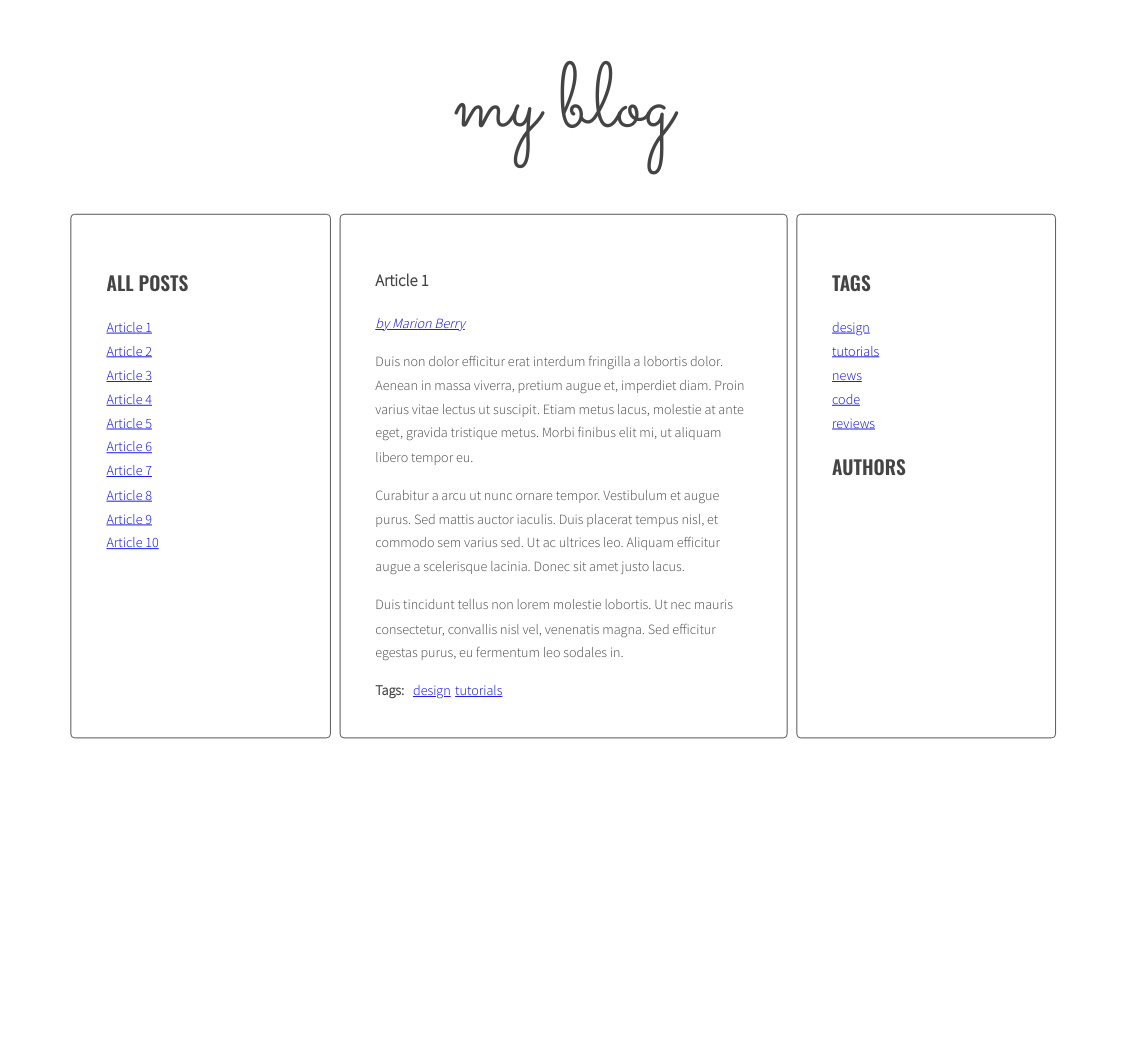
Repository: ulasup/javascript-blog
Page: index.html
An editor plug-in stored every save of this project. The page is shown before and after the next save, followed by the edit.
The browser window is 1280 px wide. The pictures show the whole page, at 88% of full size.
The style sheet was rebuilt from its Sass, Less or Tailwind sources for each picture, by a compiler version that may differ from the author's.

Above is the page before, as saved 2020-12-21 18:09:51.

### index.html
<!DOCTYPE html>
<html  lang="en">
    <head>
        <meta charset="UTF-8">
        <title>Film blog</title>
        <link rel="stylesheet" href="css/style.css">
    </head>
    <body>
        <div class="blog">
            <div class="container">
              <h1 class="logo">my blog</h1>
              <main class="wrapper">
                <aside class="sidebar">
                  <h2 class="section-title">All posts</h2>
                  <ul class="list titles">
                  </ul>
                </aside>
                <section class="posts">
                  <article class="post active" id="article-1" data-tags="design tutorials" data-author="Marion Berry">
                    <h3 class="post-title">Article 1</h3>
                    <p class="post-author"></p>
                    <div class="post-content">
                      <p>Duis non dolor efficitur erat interdum fringilla a lobortis dolor. Aenean in massa viverra, pretium augue et, imperdiet diam. Proin varius vitae lectus ut suscipit. Etiam metus lacus, molestie at ante eget, gravida tristique metus. Morbi finibus elit mi, ut aliquam libero tempor eu.</p>
                      <p>Curabitur a arcu ut nunc ornare tempor. Vestibulum et augue purus. Sed mattis auctor iaculis. Duis placerat tempus nisl, et commodo sem varius sed. Ut ac ultrices leo. Aliquam efficitur augue a scelerisque lacinia. Donec sit amet justo lacus.</p>
                      <p>Duis tincidunt tellus non lorem molestie lobortis. Ut nec mauris consectetur, convallis nisl vel, venenatis magna. Sed efficitur egestas purus, eu fermentum leo sodales in.</p>
                    </div>
                    <div class="post-tags">
                      <p><strong>Tags:</strong></p>
                      <ul class="list list-horizontal">
                      </ul>
                    </div>
                  </article>
                  <article class="post" id="article-2" data-tags="news code" data-author="Theo Tabby">
                    <h3 class="post-title">Article 2</h3>
                    <p class="post-author"></p>
                    <div class="post-content">
                      <p>Phasellus sollicitudin, arcu vel iaculis ullamcorper, quam leo viverra orci, et faucibus quam sapien vel est. Maecenas ac suscipit elit. Nullam interdum, lorem vitae venenatis pulvinar, ex dui malesuada nunc, tempus cursus enim metus vel nulla.</p>
                      <p>Integer hendrerit, eros id efficitur dapibus, ante arcu ullamcorper orci, a iaculis felis turpis at purus. Quisque sodales posuere sapien vel consectetur. Duis dui urna, commodo non ante nec, mattis dictum enim. Donec aliquam erat sed diam lobortis, vel gravida lacus laoreet. Phasellus pretium maximus mi, eu posuere justo suscipit vel.</p>
                      <p>Nam magna nisl, varius in malesuada vitae, facilisis vel metus. Proin rhoncus euismod leo dictum lobortis. Suspendisse non ante sapien.</p>
                    </div>
                    <div class="post-tags">
                      <p><strong>Tags:</strong></p>
                      <ul class="list list-horizontal">
                      </ul>
                    </div>
                  </article>
                  <article class="post" id="article-3" data-tags="news reviews design" data-author="George Tuxedo">
                    <h3 class="post-title">Article 3</h3>
                    <p class="post-author"></p>
                    <div class="post-content">
                      <p>Mauris vel pellentesque turpis, ac sodales nisl. Quisque iaculis mi velit, ut convallis tellus accumsan a. Quisque iaculis, nisi et dignissim tincidunt, nisl eros euismod nulla, finibus laoreet erat enim posuere elit.</p>
                      <p>Aenean at semper urna. Duis vel sapien molestie, egestas diam consequat, molestie nulla. Praesent a malesuada metus. Praesent et tempus leo.</p>
                      <p>Mauris in eleifend neque, vitae eleifend velit. Maecenas purus est, bibendum eget imperdiet id, dictum sed ante. Aenean a magna et eros sagittis aliquet.</p>
                    </div>
                    <div class="post-tags">
                      <p><strong>Tags:</strong></p>
                      <ul class="list list-horizontal">
                      </ul>
                    </div>
                  </article>
                  <article class="post" id="article-4" data-tags="tutorials code design" data-author="Kitty Toebean">
                    <h3 class="post-title">Article 4</h3>
                    <p class="post-author"></p>
                    <div class="post-content">
                      <p>Morbi vel cursus nulla, vel varius mauris. Suspendisse sed elit sit amet risus faucibus vestibulum ut sit amet purus. Donec orci est, condimentum ut quam quis, scelerisque fringilla ligula.</p>
                      <p>Quisque bibendum nisl id quam sagittis, id pretium dolor scelerisque. Suspendisse non odio nec velit dapibus placerat non a libero.</p>
                      <p>Vivamus at tristique ex, feugiat sagittis ex. Cras cursus, ipsum et efficitur commodo, urna sapien rutrum magna, quis sodales justo ligula eget nunc. In hac habitasse platea dictumst.</p>
                    </div>
                    <div class="post-tags">
                      <p><strong>Tags:</strong></p>
                      <ul class="list list-horizontal">
                      </ul>
                    </div>
                  </article>
                  <article class="post" id="article-5" data-tags="design reviews" data-author="Marion Berry">
                    <h3 class="post-title">Article 5</h3>
                    <p class="post-author"></p>
                    <div class="post-content">
                      <p>Suspendisse sem eros, euismod condimentum arcu ac, consequat fermentum orci. Nam convallis lacus nec interdum vestibulum. Vestibulum luctus, quam eu tristique ornare, lorem nibh sodales enim, vitae tempor dolor ante vitae tortor.</p>
                      <p>Duis venenatis metus quis luctus lobortis. In porttitor ipsum eget ligula aliquam ornare. Cras malesuada urna id volutpat sodales.</p>
                      <p>Donec lobortis ultricies turpis, eu viverra magna gravida quis. Fusce sit amet pretium nulla. Duis rutrum metus vel libero sodales, pellentesque varius ex pulvinar.</p>
                    </div>
                    <div class="post-tags">
                      <p><strong>Tags:</strong></p>
                      <ul class="list list-horizontal">
                      </ul>
                    </div>
                  </article>
                  <article class="post" id="article-6" data-tags="reviews code" data-author="George Tuxedo">
                    <h3 class="post-title">Article 6</h3>
                    <p class="post-author"></p>
                    <div class="post-content">
                      <p>Donec posuere iaculis ante sed hendrerit. Lorem ipsum dolor sit amet, consectetur adipiscing elit. Quisque hendrerit neque nec urna tincidunt, quis vehicula dui vulputate. Morbi est sapien, auctor ut lectus eu, placerat viverra lorem.</p>
                      <p>Cras consectetur at erat id accumsan. Suspendisse lacinia in nulla quis vulputate. Nunc vitae consectetur augue. Nam ut vehicula mi. Aliquam tristique, purus in hendrerit porta, elit lectus finibus mi, vel malesuada nisl lectus a libero.</p>
                      <p>Nam quis efficitur ante. Sed eget purus quis ex commodo porta eu sit amet dolor. Mauris tellus nisl, dictum nec est vitae, condimentum ornare ante. Fusce ornare hendrerit maximus. In maximus rhoncus justo.</p>
                    </div>
                    <div class="post-tags">
                      <p><strong>Tags:</strong></p>
                      <ul class="list list-horizontal">
                      </ul>
                    </div>
                  </article>
                  <article class="post" id="article-7" data-tags="code news" data-author="Kitty Toebean">
                    <h3 class="post-title">Article 7</h3>
                    <p class="post-author"></p>
                    <div class="post-content">
                      <p>Donec eleifend mauris ac nisl fermentum, ac fermentum turpis dignissim. Aliquam diam nisl, imperdiet a varius eget, lobortis sed nisi. Nullam suscipit ipsum sed magna blandit, sed pellentesque urna malesuada.</p>
                      <p>Duis vestibulum arcu et lectus viverra porta. Praesent tempor lacus eget quam mattis, sit amet venenatis diam ultrices. Morbi gravida sapien quis ligula tincidunt, vel sagittis erat ultrices.</p>
                      <p>Ut orci tellus, laoreet ac diam ut, tempus bibendum nisi. Nam egestas sagittis nibh. Curabitur tristique dui quis egestas pretium. Duis eu felis orci.</p>
                    </div>
                    <div class="post-tags">
                      <p><strong>Tags:</strong></p>
                      <ul class="list list-horizontal">
                      </ul>
                    </div>
                  </article>
                  <article class="post" id="article-8" data-tags="news design tutorials" data-author="Theo Tabby">
                    <h3 class="post-title">Article 8</h3>
                    <p class="post-author"></p>
                    <div class="post-content">
                      <p>Praesent quis imperdiet erat. Curabitur tempor sapien a interdum malesuada. Proin libero erat, sagittis a sollicitudin eget, pulvinar nec risus. Cras et suscipit sem.</p>
                      <p>Maecenas consequat diam nec sollicitudin congue. Aenean porttitor porttitor quam, condimentum interdum metus congue sed. Donec at nulla ipsum.</p>
                      <p>Mauris non congue dui. Aenean ac eros vitae massa vulputate aliquet ut ac elit. Morbi iaculis auctor nunc aliquet luctus. Nunc tincidunt sem dui, quis interdum leo pellentesque eget. Fusce id leo varius, imperdiet nunc vitae, tristique mi. Mauris quis interdum justo. Mauris auctor purus eu leo faucibus feugiat. Nulla at odio vitae leo semper blandit.</p>
                    </div>
                    <div class="post-tags">
                      <p><strong>Tags:</strong></p>
                      <ul class="list list-horizontal">
                      </ul>
                    </div>
                  </article>
                  <article class="post" id="article-9" data-tags="news tutorials" data-author="Marion Berry">
                    <h3 class="post-title">Article 9</h3>
                    <p class="post-author"></p>
                    <div class="post-content">
                      <p>Tam et facilisis purus. Donec vulputate est quis lobortis posuere. Nunc vitae lorem ut odio faucibus pulvinar nec in justo. Ut ut ante ac tellus ornare tempus. Nunc maximus, tortor et dictum convallis, nunc libero posuere leo, scelerisque ultrices arcu sapien ut tellus.</p>
                      <p>Fusce lacinia augue massa, non tincidunt tortor auctor quis. Vestibulum ut pretium nisl. Etiam id tellus tempus, commodo ligula vehicula, porta magna.</p>
                      <p>Donec fringilla blandit dolor vel aliquet. Fusce tortor sapien, lobortis eu vehicula sit amet, dignissim et lectus. In ullamcorper metus vel massa fermentum, at fermentum dui sollicitudin. Nullam lacinia elit vel tortor ullamcorper pulvinar.</p>
                    </div>
                    <div class="post-tags">
                      <p><strong>Tags:</strong></p>
                      <ul class="list list-horizontal">
                      </ul>
                    </div>
                  </article>
                  <article class="post" id="article-10" data-tags="code design news reviews" data-author="George Tuxedo">
                    <h3 class="post-title">Article 10</h3>
                    <p class="post-author"></p>
                    <div class="post-content">
                      <p>Aliquam erat volutpat. Ut non eleifend lectus. Donec suscipit tellus tempor, ornare dui id, hendrerit neque. Phasellus lacinia laoreet dui in luctus. Sed hendrerit, magna sit amet varius tempor, augue augue scelerisque est, non scelerisque mauris libero eu sapien.</p>
                      <p>Sed at sapien in quam sollicitudin aliquam. In interdum metus a mi porttitor luctus. Sed commodo, arcu id lacinia posuere, felis elit pharetra urna, at feugiat est orci sit amet libero. Quisque in nisl est. Nullam vehicula at lectus non luctus. Cras aliquam neque magna, at varius nisi egestas ut.</p>
                      <p>Rhoncus purus nulla, non auctor lacus placerat ut. Aliquam condimentum eget magna ac gravida. Etiam egestas faucibus urna et finibus. Cras vel tellus vel magna suscipit euismod. Maecenas id arcu ante. Duis iaculis scelerisque erat, at ullamcorper arcu consectetur eu. Fusce aliquam diam at arcu pharetra, vel fermentum nunc lobortis.</p>
                    </div>
                    <div class="post-tags">
                      <p><strong>Tags:</strong></p>
                      <ul class="list list-horizontal">
                      </ul>
                    </div>
                  </article>
                </section>
                <aside class="sidebar">
                  <h2 class="section-title">Tags</h2>
                  <ul class="list tags">
                  </ul>
                  <h2 class="section-title">Authors</h2>
                  <ul class="list authors">
                  </ul>
                </aside>
              </main>
            </div>
          </div>
    <script src="js/script.js"></script>
    </body>
</html>

### js/script.js
'use strict';

function titleClickHandler(event){
  event.preventDefault();

  const activeLinks = document.querySelectorAll('.titles a.active');
  for(let activeLink of activeLinks){
    activeLink.classList.remove('active');
  }

  const clickedElement = this;
  clickedElement.classList.add('active');

  const activeArticles = document.querySelectorAll('.post.active');
  for(let activeArticle of activeArticles){
    activeArticle.classList.remove('active');
  }

  const articleSelector = clickedElement.getAttribute('href');
  const targetArticle = document.querySelector(articleSelector);
  targetArticle.classList.add('active');
}

const optArticleSelector = '.post',
  optTitleSelector = '.post-title',
  optTitleListSelector = '.titles',
  optArticleTagsSelector = '.post-tags .list',
  optArticleAuthorSelector = '.post-author',
  optCloudClassCount = 5,
  optCloudClassPrefix = 'tag-size-';

function generateTitleLinks(customSelector = ''){

  const titleList = document.querySelector(optTitleListSelector);
  titleList.innerHTML = '';

  const articles = document.querySelectorAll(optArticleSelector + customSelector);
  let html = '';
  for (let article of articles){
    const articleId = article.getAttribute('id');
    const articleTitle = article.querySelector(optTitleSelector).innerHTML;
    const linkHTML = '<li><a href="#' + articleId + '"><span>' + articleTitle + '</span></a></li>';
    html = html + linkHTML;
  }
  titleList.innerHTML = html;

  const links = document.querySelectorAll('.titles a');
  for(let link of links){
    link.addEventListener('click', titleClickHandler);
  }
}

generateTitleLinks();

function calculateTagsParams(tags){
  const params = {
    max: 0,
    min: 999999
  };
  for(let tag in tags){
    if(tags[tag] > params.max){
      params.max = tags[tag];
    }
    if(tags[tag] < params.min){
      params.min = tags[tag];
    }
  }
  return params;
}

function calculateTagClass(count, params){
  const normalizedCount = count - params.min;
  const normalizedMax = params.max - params.min;
  const percentage = normalizedCount / normalizedMax;
  const classNumber = Math.floor( percentage * (optCloudClassCount - 1) + 1 );

  return optCloudClassPrefix + classNumber;
}

function generateTags(){
  let allTags = {};
  const articles = document.querySelectorAll(optArticleSelector);
  for (let article of articles){
    const tagList = article.querySelector(optArticleTagsSelector);
    let html = '';
    const articleTags = article.getAttribute('data-tags');
    const articleTagsArray = articleTags.split(' ');
    for (let tag of articleTagsArray){
      const linkHTML = '<li><a href="#tag-' + tag + '"><span>' + tag + '</span></a></li>';
      html = html + linkHTML;
      if(!allTags.hasOwnProperty(tag)){
        allTags[tag] = 1;
      } else {
        allTags[tag]++;
      }
    }
    tagList.innerHTML = html;
  }
  const tagList = document.querySelector('.tags');
  const tagsParams = calculateTagsParams(allTags);
  let allTagsHTML = '';
  for(let tag in allTags){
    const linkAllTagsHTML = '<li><a href="#tag-' + tag + '" class="' + calculateTagClass(allTags[tag], tagsParams) + '">' + tag + '</a></li>';
    allTagsHTML += linkAllTagsHTML;
  }
  tagList.innerHTML = allTagsHTML;

}

generateTags();

function tagClickHandler(event){
  event.preventDefault();

  const clickedElement = this;
  const href = clickedElement.getAttribute('href');
  const tag = href.replace('#tag-', '');

  const activeTags = document.querySelectorAll('a.active[href^="#tag-"]');
  for(let activeTag of activeTags){
    activeTag.classList.remove('active');
  }

  const tagLinks = document.querySelectorAll('a[href="' + href + '"]');
  for (let tagLink of tagLinks){
    tagLink.classList.add('active');
  }

  generateTitleLinks('[data-tags~="' + tag + '"]');
}

function addClickListenersToTags(){
  const links =  document.querySelectorAll('a[href^="#tag-"]');
  for(let link of links){
    link.addEventListener('click', tagClickHandler);
  }
}

addClickListenersToTags();

function generateAuthors(){
  const articles = document.querySelectorAll(optArticleSelector);
  for (let article of articles){
    const authorsList = article.querySelector(optArticleAuthorSelector);
    const articleAuthor = article.getAttribute('data-author');
    const linkHTML = '<a href="#author-' + articleAuthor + '"><span>by ' + articleAuthor + '</span></a>';
    authorsList.innerHTML = linkHTML;
  }
}

generateAuthors();

function authorClickHandler(event){
  event.preventDefault();

  const clickedElement = this;
  const author = clickedElement.getAttribute('href');

  const activeAuthors = document.querySelectorAll('a.active');
  for(let activeAuthor of activeAuthors){
    activeAuthor.classList.remove('active');
  }

  const authorLinks = document.querySelectorAll(author);
  for (let authorLink of authorLinks){
    authorLink.classList.add('active');
  }

  generateTitleLinks('[data-author="' + author + '"]');

}

function addClickListenersToAuthors(){
  const links =  document.querySelectorAll('a[href^="#author-"]');
  for(let link of links){
    link.addEventListener('click', authorClickHandler);
  }
}

addClickListenersToAuthors();

Loaded but not shown: sass/style.scss (130 lines, source omitted)

After the next save:
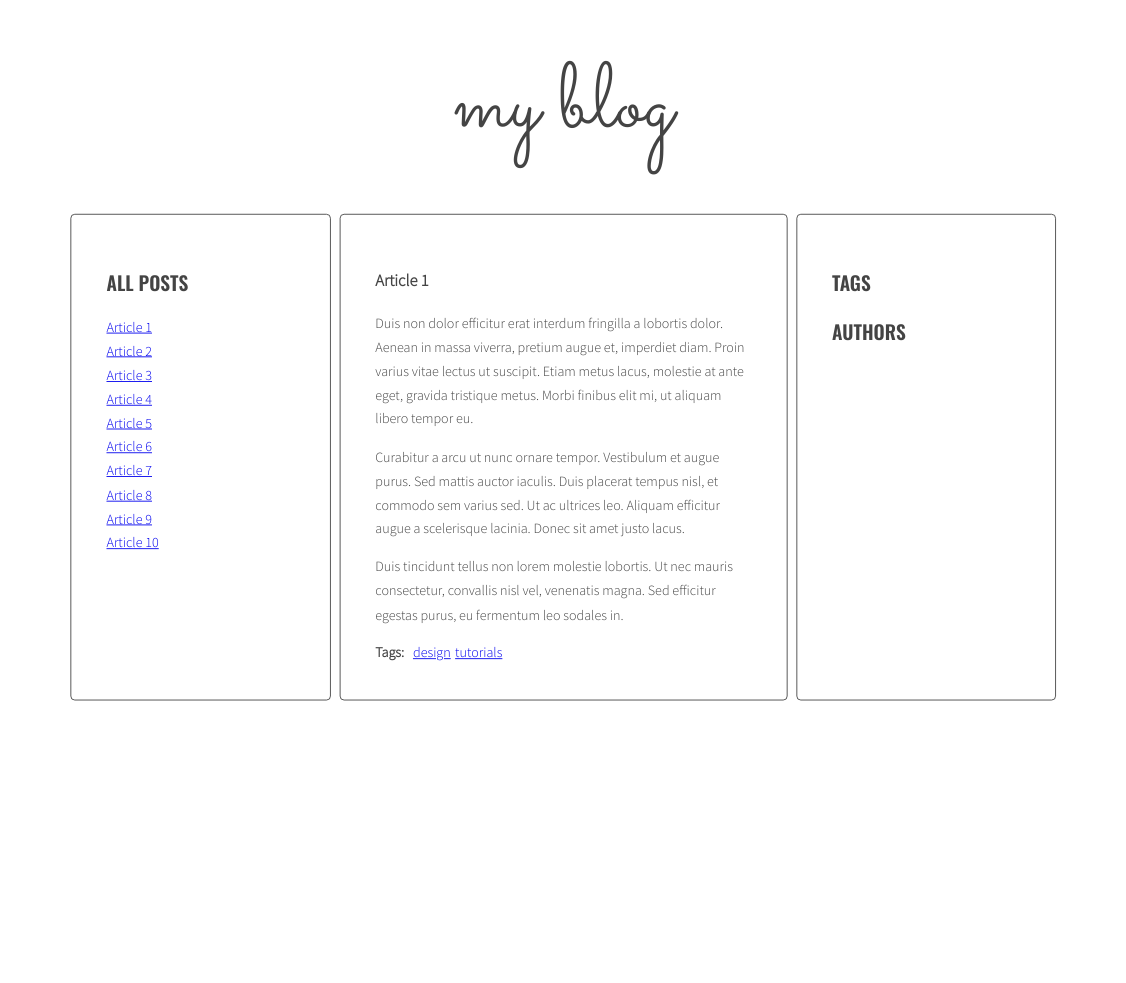
Console error: TypeError: Cannot set properties of null (setting 'innerHTML')
Saved 73 s later.
--- a/js/script.js
+++ b/js/script.js
@@ -25,6 +25,7 @@
   optTitleSelector = '.post-title',
   optTitleListSelector = '.titles',
   optArticleTagsSelector = '.post-tags .list',
+  optTagsListSelector = '.tags.list',
   optArticleAuthorSelector = '.post-author',
   optCloudClassCount = 5,
   optCloudClassPrefix = 'tag-size-';
@@ -96,7 +97,7 @@
     }
     tagList.innerHTML = html;
   }
-  const tagList = document.querySelector('.tags');
+  const tagList = document.querySelector('optTagsListSelector');
   const tagsParams = calculateTagsParams(allTags);
   let allTagsHTML = '';
   for(let tag in allTags){

After the save that followed:
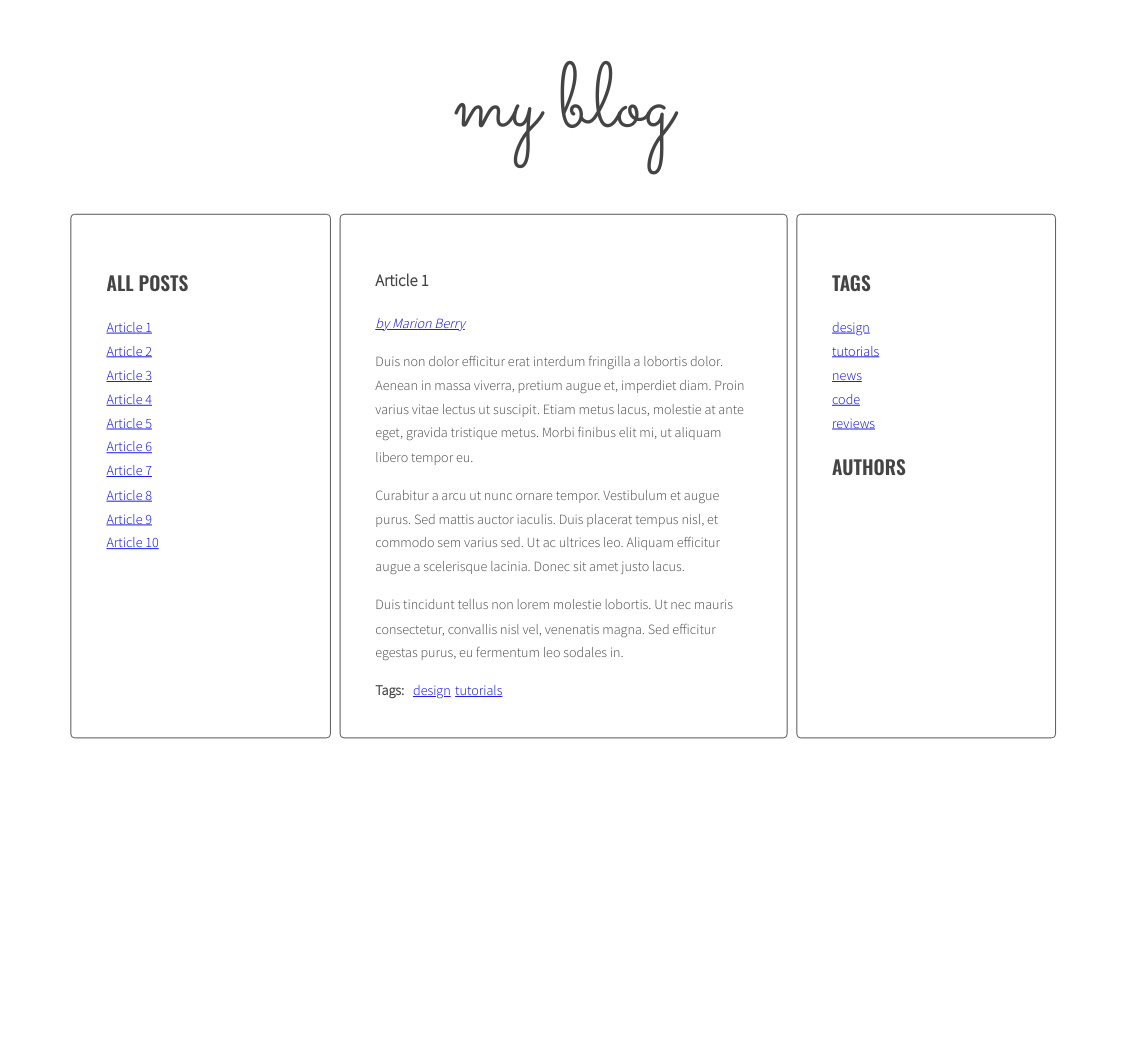
The error is gone.
Saved 4 s later.
--- a/js/script.js
+++ b/js/script.js
@@ -97,7 +97,7 @@
     }
     tagList.innerHTML = html;
   }
-  const tagList = document.querySelector('optTagsListSelector');
+  const tagList = document.querySelector(optTagsListSelector);
   const tagsParams = calculateTagsParams(allTags);
   let allTagsHTML = '';
   for(let tag in allTags){
